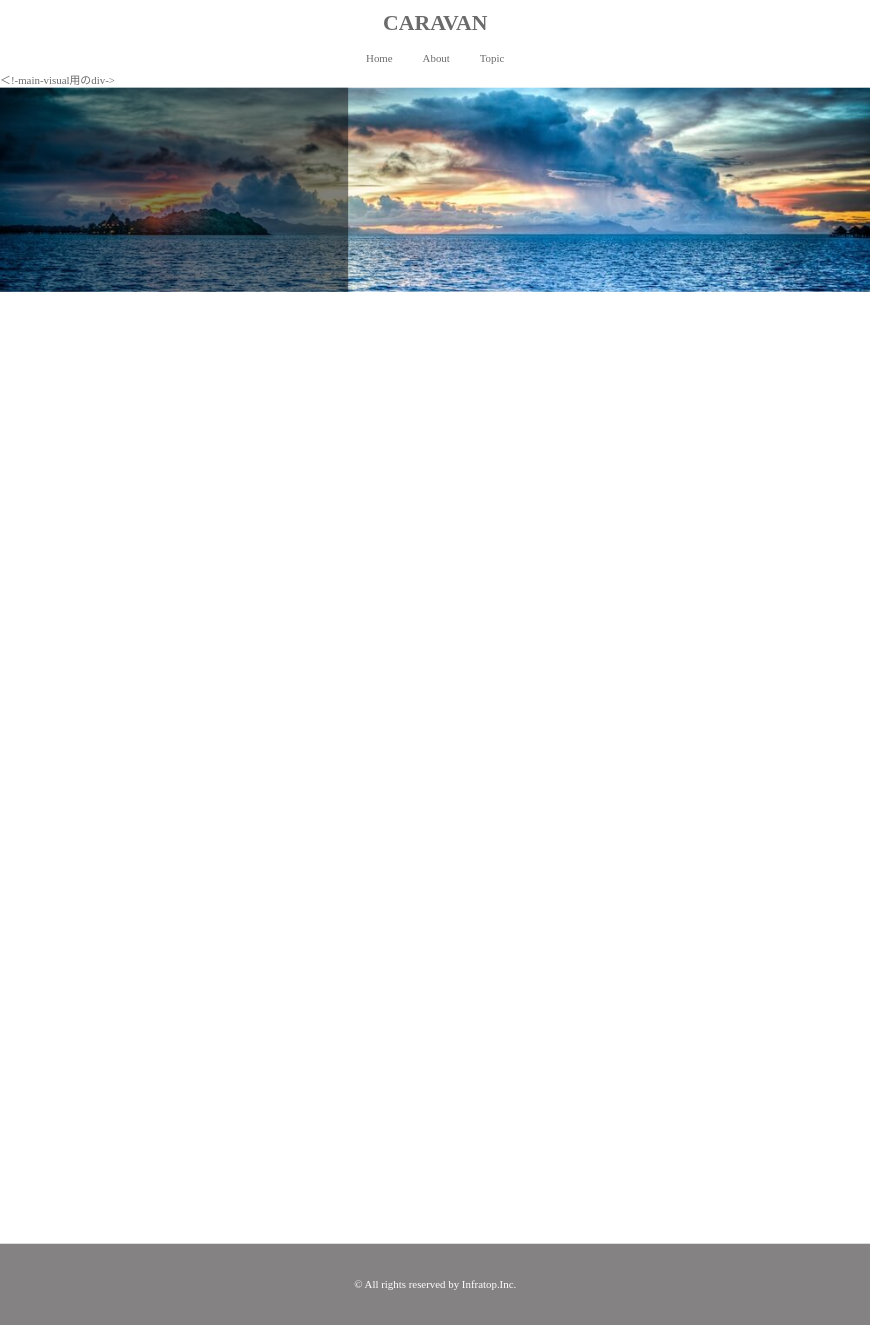
Repository: achoko3/Practice-problem
Page: caravan/index.html
The author's editor kept a record of every edit. The page is drawn from the files as they stood at one moment, then again after the next edit.
The browser window is 1280 px wide. The pictures show the whole page, at 68% of full size.

Above is the page before.

After the next edit:
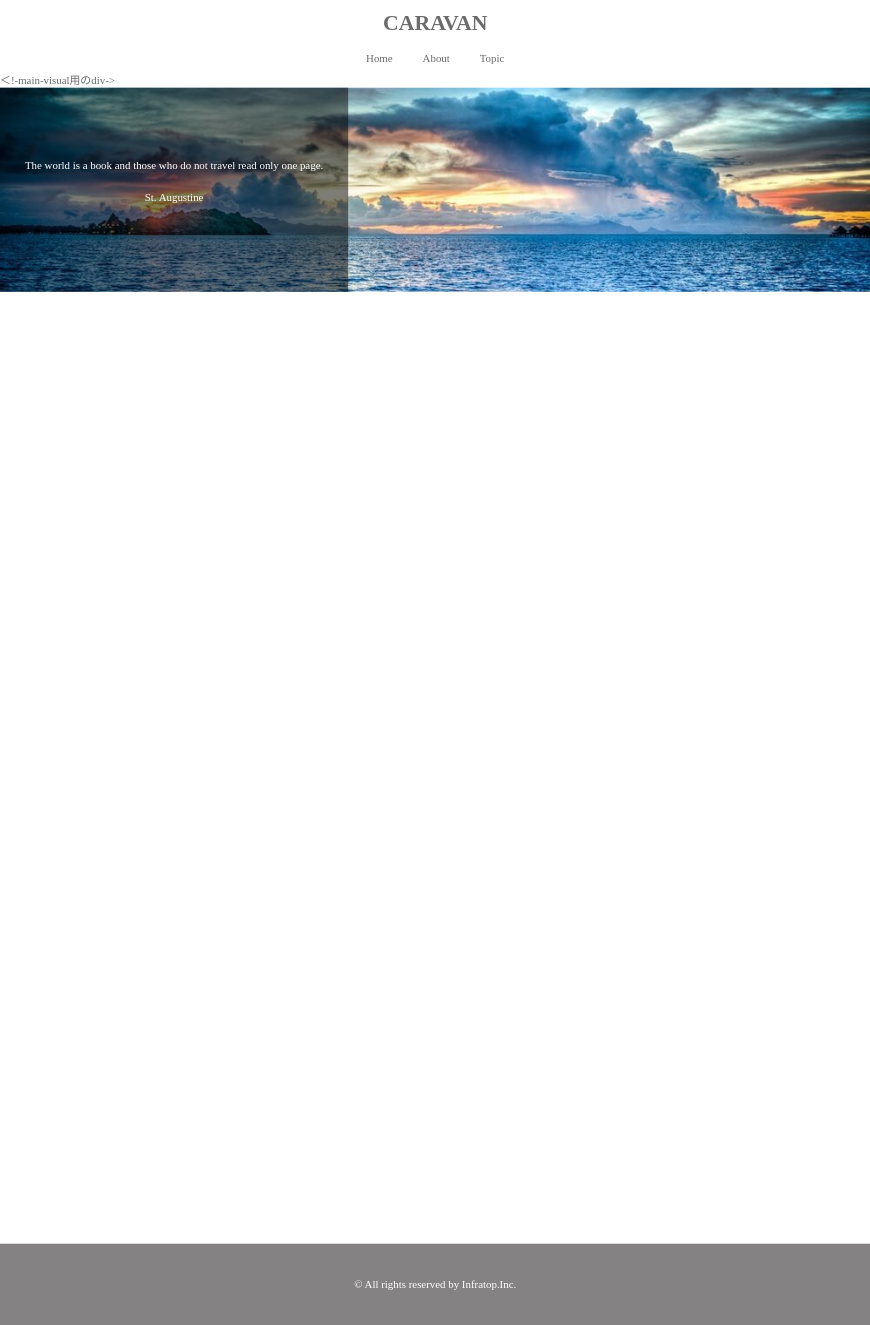
The edit:
--- a/caravan/index.html
+++ b/caravan/index.html
@@ -30,6 +30,12 @@
 ＜!-main-visual用のdiv->
  <div class="main-visual">
     <div class="main-visual-content">
+      <p class="main-visual-text">
+        The world is a book and those who do not travel read only one page.
+      </p>
+      <p class="main-visual-name">
+        St. Augustine
+      </p>
 
 
 
